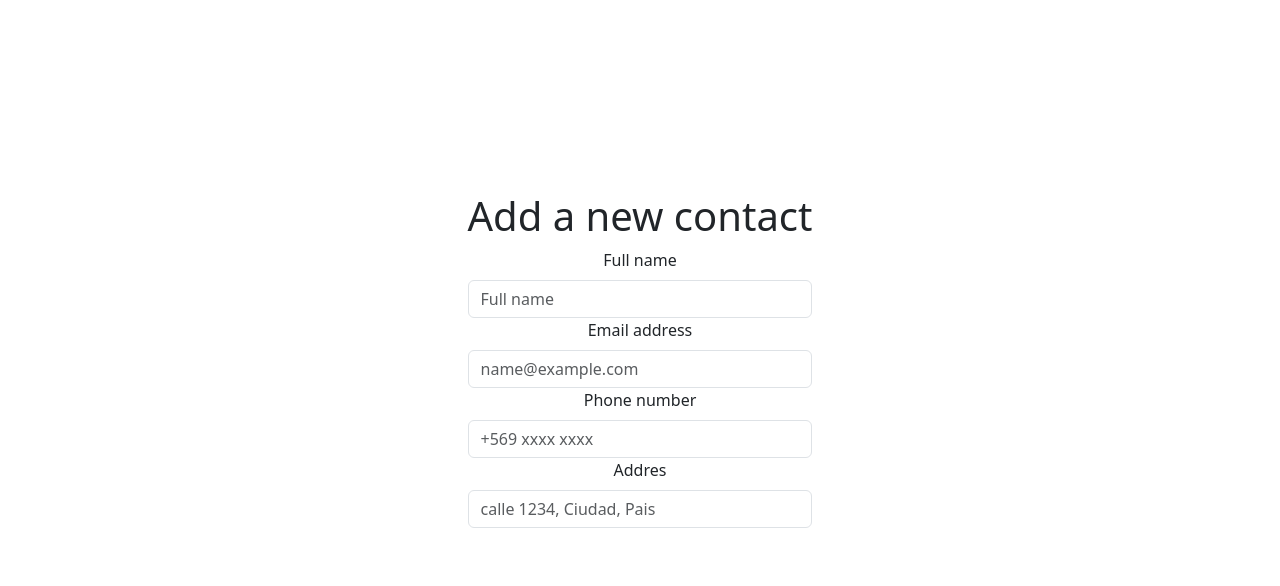
Repository: Cyttariasp/react-router-contact-list
Page: /add (app in contact-list/)
These files come from the project's save history. The page is drawn as it stood at one moment and after the next save; the edit follows.
The browser window is 1280 px wide. The pictures show the whole page.
The project was rebuilt for these pictures with package versions that can differ from the ones it lists, and the page was loaded fresh each time. Also part of the build but not shown: contact-list/vite.config.js, contact-list/src/views/Home.jsx, contact-list/src/views/Contact.jsx.

Above is the page before, as saved 2025-07-21 11:02:05.

### contact-list/src/App.jsx
// import { useState } from "react";
import "./App.css";
import { BrowserRouter, Routes, Route } from "react-router-dom";
import Home from "./views/Home";
import Edit from "./views/Edit";
import Contact from "./views/Contact";
import Add from "./views/Add";
import "bootstrap/dist/css/bootstrap.min.css";

function App() {
  return (
    <>
      <BrowserRouter>
        <Routes>
          <Route exact path="/" element={<Home />} />
          <Route path="/edit" element={<Edit />} />
          <Route path="/contact" element={<Contact />} />
          <Route path="/add" element={<Add />} />
        </Routes>
      </BrowserRouter>
    </>
  );
}

export default App;

### contact-list/src/views/Edit.jsx
function Edit() {}

export default Edit;

### contact-list/src/views/Add.jsx
function Add() {
  return (
    <div>
      <h1> Add a new contact</h1>
      <div className="">
        <label for="exampleFormControlInputName" className="form-label">
          Full name
        </label>
        <input
          type="text"
          className="form-control"
          id="exampleFormControlInputName"
          placeholder="Full name"
        />
      </div>
      <div className="">
        <label for="exampleFormControlInput1" className="form-label">
          Email address
        </label>
        <input
          type="email"
          className="form-control"
          id="exampleFormControlInput1"
          placeholder="name@example.com"
        />
      </div>
      <div className="">
        <label for="exampleFormControlInputPhone" className="form-label">
          Phone number
        </label>
        <input
          type="number"
          className="form-control"
          id="exampleFormControlInputPhone"
          placeholder="+569 xxxx xxxx"
        />
      </div>
      <div className="">
        <label for="exampleFormControlInputAddres" className="form-label">
          Addres
        </label>
        <input
          type="text"
          className="form-control"
          id="exampleFormControlInputAddres"
          placeholder="calle 1234, Ciudad, Pais"
        />
      </div>
    </div>
  );
}

export default Add;

Loaded but not shown: contact-list/index.html (common file); contact-list/src/main.jsx (common file); contact-list/src/index.css (common file); contact-list/src/App.css (common file)

After the next save:
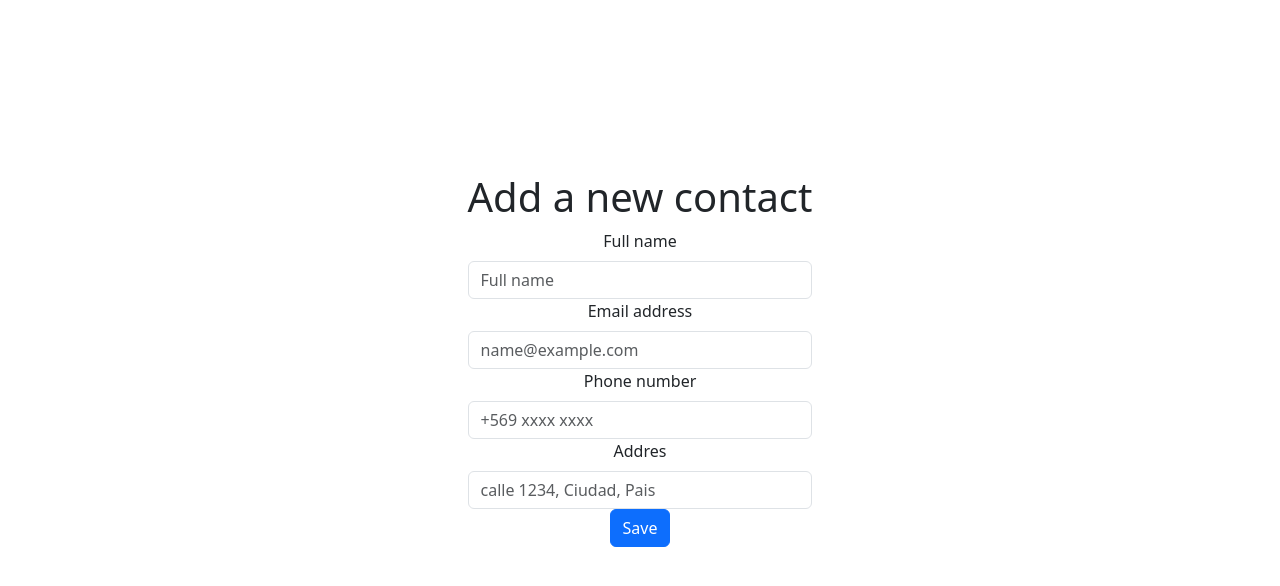
Saved 2 min 11 s later.
--- a/contact-list/src/views/Add.jsx
+++ b/contact-list/src/views/Add.jsx
@@ -46,6 +46,8 @@ function Add() {
           placeholder="calle 1234, Ciudad, Pais"
         />
       </div>
+      <button className="btn btn-primary">Save</button>
+      <a href="/" />
     </div>
   );
 }
